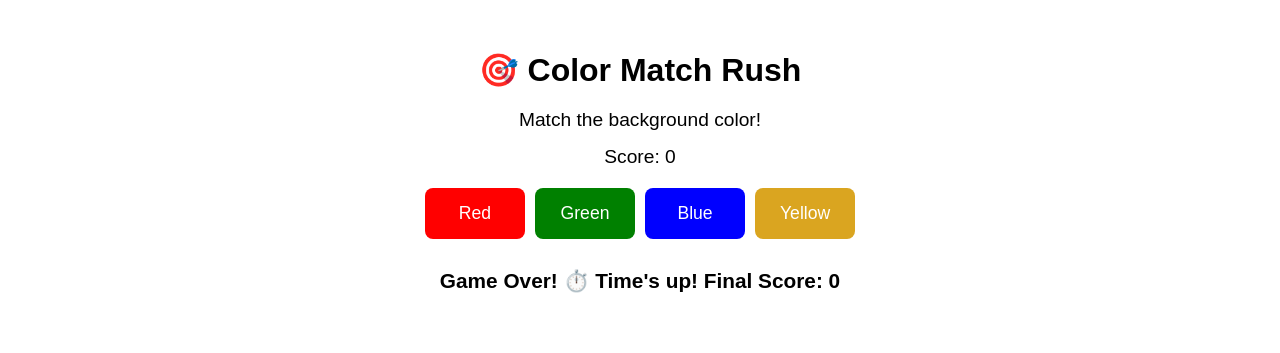
Repository: alokanand524/anand-portfolio
Page: games/color-match-game/index.html
An editor plug-in stored every save of this project. The page is shown before and after the next save, followed by the edit.
The browser window is 1280 px wide. The pictures show the whole page.

Above is the page before, as saved 2025-07-31 16:17:32.

### games/color-match-game/index.html
<!DOCTYPE html>
<html lang="en">
<head>
  <meta charset="UTF-8" />
  <meta name="viewport" content="width=device-width, initial-scale=1.0"/>
  <title>🎨 Color Match Rush</title>
  <link rel="stylesheet" href="style.css" />
  <script src="https://code.jquery.com/jquery-3.6.0.min.js"></script>
</head>
<body>
  <div class="game-container">
    <h1>🎯 Color Match Rush</h1>
    <p id="instruction">Match the background color!</p>

    <div class="score-board">
      Score: <span id="score">0</span>
    </div>

    <div class="buttons">
      <button class="color-btn red" data-color="red">Red</button>
      <button class="color-btn green" data-color="green">Green</button>
      <button class="color-btn blue" data-color="blue">Blue</button>
      <button class="color-btn yellow" data-color="yellow">Yellow</button>
    </div>

    <div id="status">Get Ready...</div>
  </div>

  <script src="script.js"></script>
</body>
</html>

### games/color-match-game/style.css
body, html {
  margin: 0;
  padding: 0;
  font-family: 'Arial', sans-serif;
  transition: background 0.3s ease-in-out;
}

.game-container {
  text-align: center;
  padding: 30px 20px;
}

h1 {
  font-size: 2rem;
  margin-bottom: 10px;
}

#instruction {
  font-size: 1.2rem;
  margin-bottom: 15px;
}

.score-board {
  font-size: 1.2rem;
  margin-bottom: 20px;
}

.buttons {
  display: flex;
  flex-wrap: wrap;
  justify-content: center;
  gap: 10px;
  margin-bottom: 30px;
}

.color-btn {
  padding: 15px 25px;
  font-size: 1.1rem;
  border: none;
  border-radius: 8px;
  color: white;
  cursor: pointer;
  width: 100px;
  transition: transform 0.2s;
}

.color-btn:hover {
  transform: scale(1.05);
}

.red { background-color: red; }
.green { background-color: green; }
.blue { background-color: blue; }
.yellow { background-color: goldenrod; }

#status {
  font-size: 1.3rem;
  font-weight: bold;
}

@media (max-width: 600px) {
  .color-btn {
    width: 45%;
    font-size: 1rem;
    padding: 12px;
  }
}

### games/color-match-game/script.js
let colors = ['red', 'green', 'blue', 'yellow'];
let currentColor = '';
let score = 0;
let interval = 2000;
let timer;

function changeBackground() {
  currentColor = colors[Math.floor(Math.random() * colors.length)];
  $('body').css('background', currentColor);
  $('#status').text('Match it now!');
}

function startRound() {
  changeBackground();
  timer = setTimeout(() => {
    gameOver("⏱️ Time's up!");
  }, interval);
}

function gameOver(message) {
  clearTimeout(timer);
  $('#status').text(`Game Over! ${message} Final Score: ${score}`);
  $('body').css('background', '#fff');
  $('.color-btn').prop('disabled', true);
}

$(document).ready(function () {
  startRound();

  $('.color-btn').click(function () {
    const selected = $(this).data('color');
    if (selected === currentColor) {
      clearTimeout(timer);
      score++;
      $('#score').text(score);

      // Increase speed every 3 rounds
      if (score % 3 === 0 && interval > 600) {
        interval -= 200;
      }

      startRound();
    } else {
      gameOver("❌ Wrong Color!");
    }
  });
});

After the next save:
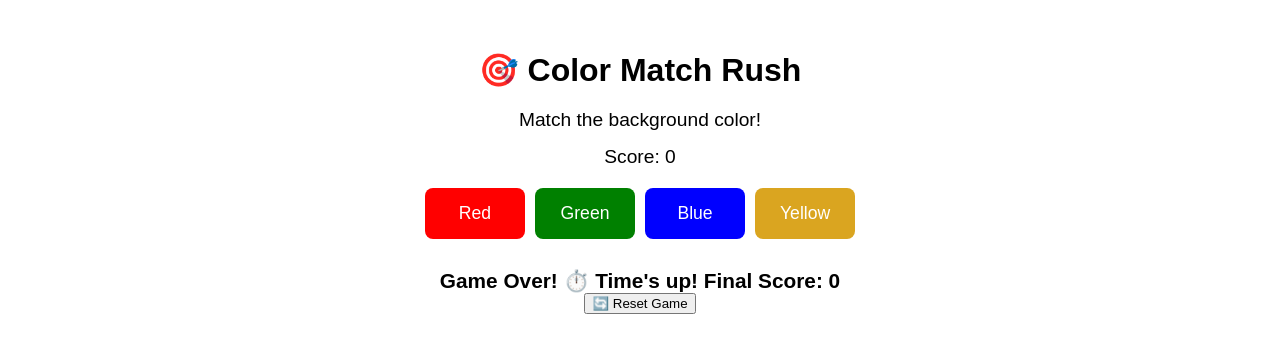
Saved 2 min 39 s later.
--- a/games/color-match-game/index.html
+++ b/games/color-match-game/index.html
@@ -1,31 +1,35 @@
 <!DOCTYPE html>
 <html lang="en">
+
 <head>
-  <meta charset="UTF-8" />
-  <meta name="viewport" content="width=device-width, initial-scale=1.0"/>
-  <title>🎨 Color Match Rush</title>
-  <link rel="stylesheet" href="style.css" />
-  <script src="https://code.jquery.com/jquery-3.6.0.min.js"></script>
+    <meta charset="UTF-8" />
+    <meta name="viewport" content="width=device-width, initial-scale=1.0" />
+    <title>🎨 Color Match Rush</title>
+    <link rel="stylesheet" href="style.css" />
+    <script src="https://code.jquery.com/jquery-3.6.0.min.js"></script>
 </head>
+
 <body>
-  <div class="game-container">
-    <h1>🎯 Color Match Rush</h1>
-    <p id="instruction">Match the background color!</p>
+    <div class="game-container">
+        <h1>🎯 Color Match Rush</h1>
+        <p id="instruction">Match the background color!</p>
 
-    <div class="score-board">
-      Score: <span id="score">0</span>
+        <div class="score-board">
+            Score: <span id="score">0</span>
+        </div>
+
+        <div class="buttons">
+            <button class="color-btn red" data-color="red">Red</button>
+            <button class="color-btn green" data-color="green">Green</button>
+            <button class="color-btn blue" data-color="blue">Blue</button>
+            <button class="color-btn yellow" data-color="yellow">Yellow</button>
+        </div>
+
+        <div id="status">Get Ready...</div>
+        <button class="reset-btn" onclick="resetGame()">🔄 Reset Game</button>
     </div>
 
-    <div class="buttons">
-      <button class="color-btn red" data-color="red">Red</button>
-      <button class="color-btn green" data-color="green">Green</button>
-      <button class="color-btn blue" data-color="blue">Blue</button>
-      <button class="color-btn yellow" data-color="yellow">Yellow</button>
-    </div>
+    <script src="script.js"></script>
+</body>
 
-    <div id="status">Get Ready...</div>
-  </div>
-
-  <script src="script.js"></script>
-</body>
 </html>
